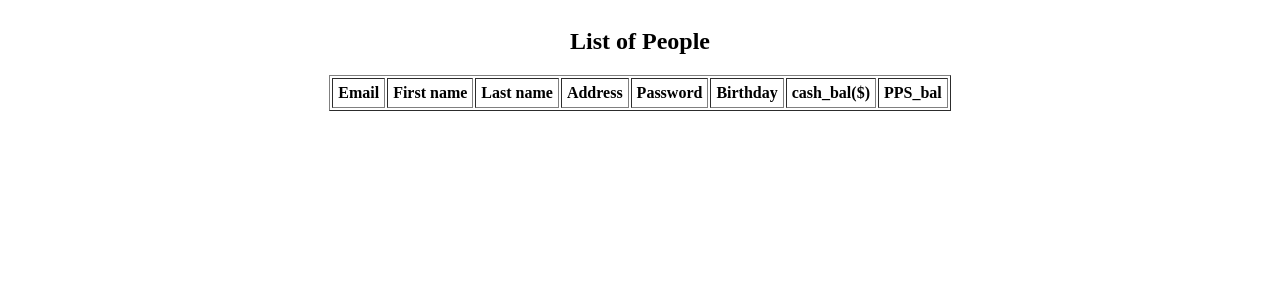
Repository: jrule5960/Tree-Cutting-Database
Page: http://localhost/database/UserList.jsp
An editor plug-in stored every save of this project. The page is shown before and after the next save, followed by the edit.
The browser window is 1280 px wide. The pictures show the whole page.
The page is served by Tomcat 9.

Above is the page before, as saved 2023-11-06 21:30:02.

After the next save:
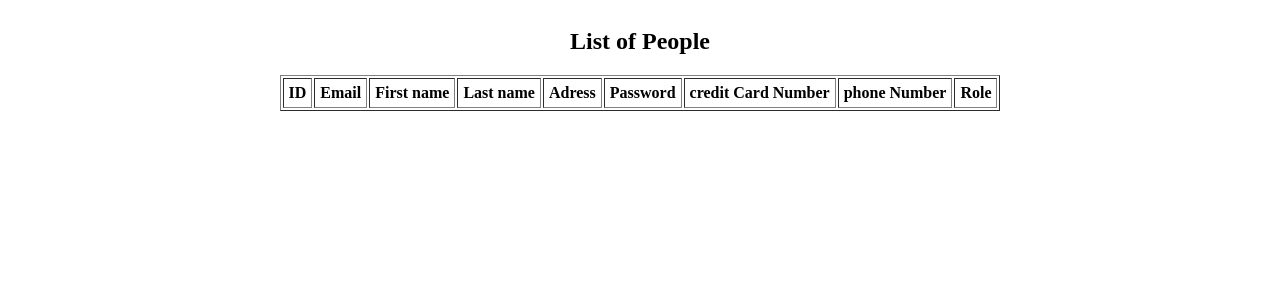
Saved 9 s later.
--- a/database/WebContent/UserList.jsp
+++ b/database/WebContent/UserList.jsp
@@ -12,26 +12,28 @@
         <table border="1" cellpadding="5">
             <caption><h2>List of People</h2></caption>
             <tr>
+            	<th>ID</th>
 				<th>Email</th>
                 <th>First name</th>
                 <th>Last name</th>
-                <th>Address</th>
+                <th>Adress</th>
                 <th>Password</th>
-                <th>Birthday</th>
-                <th>cash_bal($)</th>
-                <th>PPS_bal</th>
+                <th>credit Card Number</th>
+                <th>phone Number</th>
+                <th>Role</th>
 
             </tr>
             <c:forEach var="users" items="${listUser}">
                 <tr style="text-align:center">
+                	<td><c:out value="${users.id}" /></td>
                     <td><c:out value="${users.email}" /></td>
                     <td><c:out value="${users.firstName}" /></td>
                     <td><c:out value="${users.lastName}" /></td>
+                    <td><c:out value="${users.creditCardNumber}" /></td>
+			        <td><c:out value="${users.phoneNumber}" /></td>
+			        <td><c:out value="${users.role}" /></td>
                     <td><c:out value= "${users.adress_street_num} ${users.adress_street} ${users.adress_city} ${users.adress_state} ${users.adress_zip_code}" /></td>
                     <td><c:out value="${users.password}" /></td>
-                    <td><c:out value="${users.birthday}" /></td>
-                    <td><c:out value="${users.cash_bal}"/></td>
-                    <td><c:out value="${users.PPS_bal}" /></td>
                 </tr>
             </c:forEach>
         </table>
